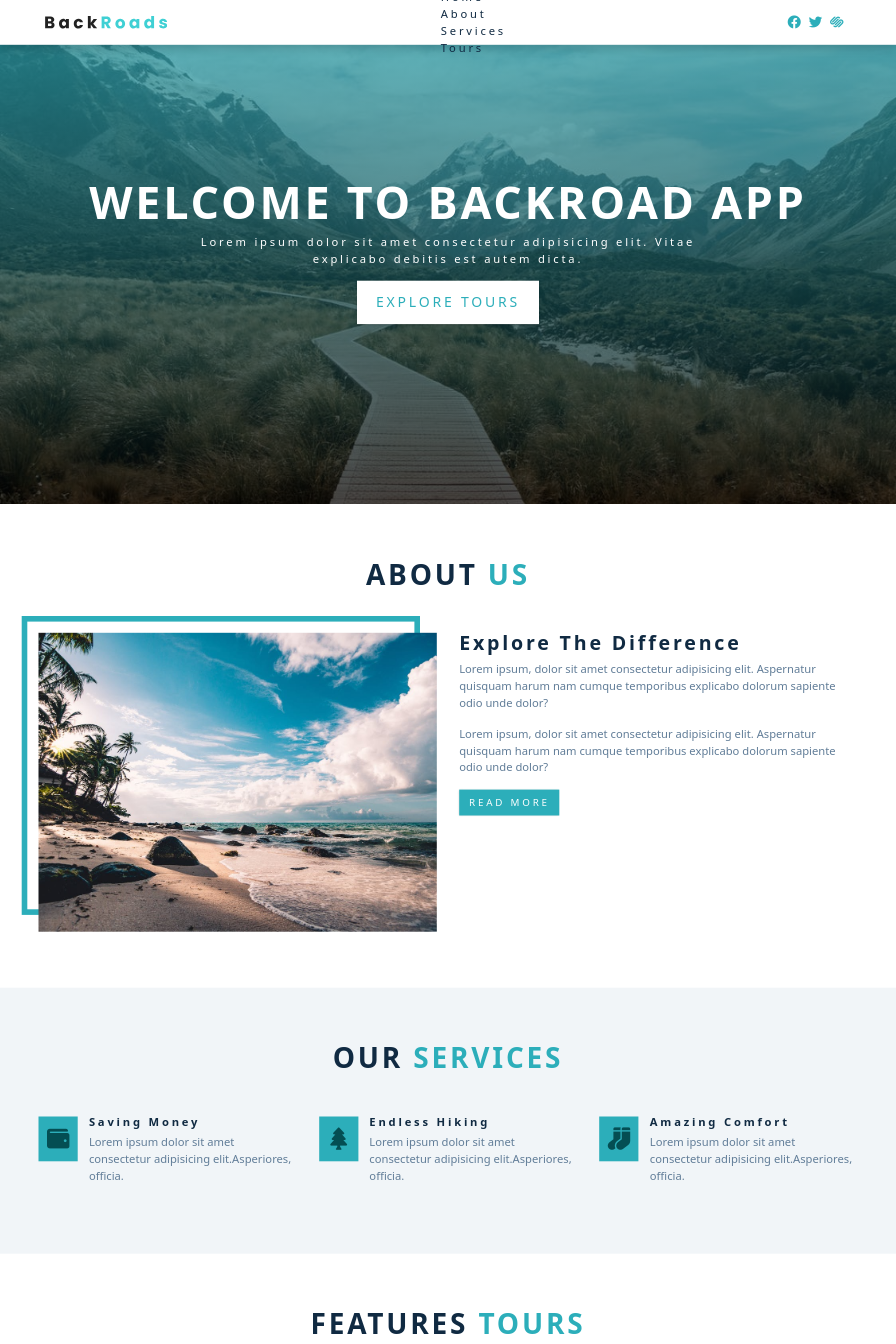
Repository: shivyank121/backRoad-app
Page: /
These files come from the project's save history. The page is drawn as it stood at one moment and after the next save; the edit follows.
The browser window is 1280 px wide. The pictures show the part of the page from y = 0 to 1920 px (the page is 3411 px tall), at 70% of full size.
Some web libraries are served in a nearby version. The project was rebuilt for these pictures with package versions that can differ from the ones it lists, and the page was loaded fresh each time.

Above is the page before, as saved 2023-08-21 18:55:01.

### public/index.html
<!DOCTYPE html>
<html lang="en">
  <head>
    <meta charset="utf-8" />
    <link rel="icon" href="%PUBLIC_URL%/favicon.ico" />
    <meta name="viewport" content="width=device-width, initial-scale=1" />
    <meta name="theme-color" content="#000000" />
    <meta
      name="description"
      content="Web site created using create-react-app"
    />
    <link rel="apple-touch-icon" href="%PUBLIC_URL%/logo192.png" />
    <!--
      manifest.json provides metadata used when your web app is installed on a
      user's mobile device or desktop. See https://developers.google.com/web/fundamentals/web-app-manifest/
    -->
    <link rel="manifest" href="%PUBLIC_URL%/manifest.json" />
    <!--
      Notice the use of %PUBLIC_URL% in the tags above.
      It will be replaced with the URL of the `public` folder during the build.
      Only files inside the `public` folder can be referenced from the HTML.

      Unlike "/favicon.ico" or "favicon.ico", "%PUBLIC_URL%/favicon.ico" will
      work correctly both with client-side routing and a non-root public URL.
      Learn how to configure a non-root public URL by running `npm run build`.
    -->

    <link
    rel="stylesheet"
    href="https://cdnjs.cloudflare.com/ajax/libs/font-awesome/5.12.0/css/all.min.css"
    integrity="sha512-c93ifPoTvMdEJH/rKIcBx//AL1znq9+4/RmMGafI/vnTFe/dKwnn1uoeszE2zJBQTS1Ck5CqSBE+34ng2PthJg=="
    crossorigin="anonymous"
    referrerpolicy="no-referrer"
  />

    <title>Backroad </title>
  </head>
  <body>
    <noscript>You need to enable JavaScript to run this app.</noscript>
    <div id="root"></div>
    <!--
      This HTML file is a template.
      If you open it directly in the browser, you will see an empty page.

      You can add webfonts, meta tags, or analytics to this file.
      The build step will place the bundled scripts into the <body> tag.

      To begin the development, run `npm start` or `yarn start`.
      To create a production bundle, use `npm run build` or `yarn build`.
    -->
  </body>
</html>

### src/App.js
import { About } from "./components/About";
import { Footer } from "./components/Footer";
import { Hero } from "./components/Hero";
import { Navbar } from "./components/Navbar";
import { Services } from "./components/Services";
import { Tours } from "./components/Tours";

function App() {
  return (
    <>
      <Navbar />
      <Hero />
      <About />
      <Services />
      <Tours />
      <Footer />
    </>
  );
}

export default App;

### src/components/About.js
import React from 'react'
import aboutImg from "../images/about.jpeg"
import Title from './Title'

export const About = () => {
  return (

    <section className="section" id="about">

        <Title title='about' subtitle='us' />

      <div className="section-center about-center">
        <div className="about-img">
          <img
            src={aboutImg}
            className="about-photo"
            alt="awesome beach"
          />
        </div>
        <article className="about-info">
          <h3>explore the difference</h3>
          <p>
            Lorem ipsum, dolor sit amet consectetur adipisicing elit. Aspernatur
            quisquam harum nam cumque temporibus explicabo dolorum sapiente odio
            unde dolor?
          </p>
          <p>
            Lorem ipsum, dolor sit amet consectetur adipisicing elit. Aspernatur
            quisquam harum nam cumque temporibus explicabo dolorum sapiente odio
            unde dolor?
          </p>
          <a href="#to" className="btn"  >read more</a>
        </article>
      </div>
    </section>
  )
}

### src/components/Footer.js
import React from "react";
import { pageLinks, socialLinks } from "../data";
import Sociallinks from "./Sociallinks";
import Navlinks from "./Navlinks";

export const Footer = () => {
  return (
    <footer className="section footer">

        <Navlinks />

      <ul className="footer-icons">
        {socialLinks.map((link) => {
          return (
            <Sociallinks key={link.id} {...link} itemClass="footer-icon" />
          );
        })}
      </ul>
      <p className="copyright">
        copyright &copy; Backroads App tours company 2023
        <span id="date"></span> all rights reserved
      </p>
    </footer>
  );
};

### src/components/Hero.js
import React from 'react'

export const Hero = () => {
  return (
    <section className="hero" id="home">
      <div className="hero-banner">
        <h1>Welcome to Backroad App</h1>
        <p>
          Lorem ipsum dolor sit amet consectetur adipisicing elit. Vitae
          explicabo debitis est autem dicta.
        </p>
        <a href="#tours" className="btn hero-btn">explore tours</a>
      </div>
    </section>

  )
}

### src/components/Navbar.js
import React from "react";
import logo from "../images/logo.svg";
import {  socialLinks } from "../data";
import Sociallinks from "./Sociallinks";
import Navlinks from "./Navlinks";

export const Navbar = () => {
  return (
    <nav className="navbar">
      <div className="nav-center">
        <div className="nav-header">
          <img src={logo} className="nav-logo" alt="backroads" />
          <button type="button" className="nav-toggle" id="nav-toggle">
            <i className="fas fa-bars"></i>
          </button>
        </div>
        {/* <!-- left this comment on purpose --> */}
          <Navlinks />

        <ul className="nav-icons">
          {socialLinks.map((link) => {
            return <Sociallinks key={link.id} {...link} itemClass="nav-icon" />;
          })}
        </ul>
      </div>
    </nav>
  );
};

### src/components/Services.js
import React from "react";
import Title from "./Title";
import { services } from "../data.js";
import Service from "./Service";

export const Services = () => {
  return (
    <section className="section services" id="services">
      <div className="section-title">
        <Title title="Our" subtitle="services" />
      </div>
      <div className="section-center services-center">
        {services.map((service) => {
          return <Service key={service.id} {...service} />;
        })}
      </div>
    </section>
  );
};

### src/components/Tours.js
import React from 'react'
import Title from './Title'
import { tours } from '../data'
import Tour from './Tour'

export const Tours = () => {
  return (
    <section className="section" id="tours">
    <div className="section-title">
    <Title title='Features' subtitle='tours' />
    </div>

    <div className="section-center featured-center">

      {tours.map((tour)=>{

      return(
       <Tour key={tour.id} {...tour} />
      )
      })}


    </div>
  </section>
  )
}

### src/components/Title.js
import React from 'react'

const Title = ({title, subtitle}) => {
  return (
    <div className="section-title">
        <h2>{title} <span>{subtitle}</span></h2>
      </div>
  )
}

export default Title

### src/data.js
import tour1 from './images/tour-1.jpeg'
import tour2 from './images/tour-2.jpeg'
import tour3 from './images/tour-3.jpeg'
import tour4 from './images/tour-4.jpeg'
import tour5 from './images/tour-5.jpeg'
import tour6 from './images/tour-6.jpeg'




export const pageLinks = [
  { id: 1, href: "#home", text: "home" },
  { id: 2, href: "#about", text: "about" },
  { id: 3, href: "#services", text: "services" },
  { id: 4, href: "#tours", text: "tours" },
];

export const socialLinks = [
  { id: 1, href: "https://www.twitter.com", icon: "fab fa-facebook" },
  { id: 2, href: "https://www.twitter.com", icon: "fab fa-twitter" },
  { id: 3, href: "https://www.twitter.com", icon: "fab fa-squarespace" },
];

export const services = [
  {
    id: 1,
    icon: "fas fa-wallet fa-fw",
    title: "saving money",
    text: "  Lorem ipsum dolor sit amet consectetur adipisicing elit.Asperiores, officia.",
  },
  {
    id: 2,
    icon: "fas fa-tree fa-fw",
    title: "endless hiking",
    text: "  Lorem ipsum dolor sit amet consectetur adipisicing elit.Asperiores, officia.",
  },
  {
    id: 3,
    icon: "fas fa-socks fa-fw",
    title: "amazing comfort",
    text: "  Lorem ipsum dolor sit amet consectetur adipisicing elit.Asperiores, officia.",
  },

];

export const tours = [
{
    id:1,
    img:tour1,
    date:'august 26th, 2020',
    title:'Tibet Adventure',
    info:'  Lorem ipsum dolor sit amet, consectetur adipisicing elit. Cumquevitae tempore voluptatum maxime reprehenderit eum quodexercitationem fugit, qui corporis.',
    location:'china',
    duration:'6 days',
    price:'from $2100',

},
{
    id:2,
    img:tour2,
    date:'october 1th, 2020',
    title:'best of java',
    info:'  Lorem ipsum dolor sit amet, consectetur adipisicing elit. Cumquevitae tempore voluptatum maxime reprehenderit eum quodexercitationem fugit, qui corporis.',
    location:'indonesia',
    duration:'11 days',
    price:'from $1400',

},
{
    id:3,
    img:tour3,
    date:'september 15th, 2020',
    title:' explore hong kong',
    info:'  Lorem ipsum dolor sit amet, consectetur adipisicing elit. Cumquevitae tempore voluptatum maxime reprehenderit eum quodexercitationem fugit, qui corporis.',
    location:' hong kong',
    duration:'8 days',
    price:'from $5100',

},
{
    id:4,
    img:tour4,
    date:'december 5th, 2019',
    title:'kenya highlights',
    info:'  Lorem ipsum dolor sit amet, consectetur adipisicing elit. Cumquevitae tempore voluptatum maxime reprehenderit eum quodexercitationem fugit, qui corporis.',
    location:'kenya',
    duration:'20 days',
    price:'from $3100',

},
{
    id:5,
    img:tour5,
    date:'May 26th, 2021',
    title:'Africa Wild life',
    info:'  Lorem ipsum dolor sit amet, consectetur adipisicing elit. Cumquevitae tempore voluptatum maxime reprehenderit eum quodexercitationem fugit, qui corporis.',
    location:'Africa',
    duration:'4 days',
    price:'from $1200',

},
{
    id:6,
    img:tour6,
    date:'july 26th, 2021',
    title:'Indian Heritage',
    info:'  Lorem ipsum dolor sit amet, consectetur adipisicing elit. Cumquevitae tempore voluptatum maxime reprehenderit eum quodexercitationem fugit, qui corporis.',
    location:'India',
    duration:'8 days',
    price:'from $1500',

}

]

### src/components/Sociallinks.js
import React from 'react'

const Sociallinks = ({href, icon, itemClass}) => {
  return (
    <li>
    <a
      href={href}
      target="_blank"
      rel="noreferrer"
      className={itemClass}
    >
      <i className={icon}></i>
    </a>
  </li>
  )
}

export default Sociallinks

### src/components/Navlinks.js
import React from "react";
import { pageLinks } from "../data";


const Navlinks = ({parentClass, itemClass}) => {
  return (
    <ul className={parentClass} id="nav-links">
    {pageLinks.map((link) => {
      return (
        <li key={link.id}>
          <a href={link.href} className="nav-link">
            {link.text}
          </a>
        </li>
      );
    })}
  </ul>
  );
};

export default Navlinks;

### src/components/Service.js
import React from 'react'

const Service = ({ icon, title, text}) => {
  return (
    <article className="service" >
    <span className="service-icon"><i className={icon}></i></span>
    <div className="service-info">
      <h4 className="service-title">{title}</h4>
      <p className="service-text">
        {text}
      </p>
    </div>
  </article>
  )
}

export default Service

### src/components/Tour.js
import React from 'react'

const Tour = ({id, img, date,title,info, location,duration,price}) => {
  return (
    <article className="tour-card" key={id}>
    <div className="tour-img-container">
      <img src={img} className="tour-img" alt="" />
      <p className="tour-date">{date}</p>
    </div>
    <div className="tour-info">
      <div className="tour-title">
        <h4>{title}</h4>
      </div>
      <p>
        {info}
      </p>
      <div className="tour-footer">
        <p>
          <span><i className="fas fa-map"></i></span> {location}
        </p>
        <p>{duration}</p>
        <p>{price}</p>
      </div>
    </div>
  </article>
  )
}

export default Tour

Loaded but not shown: src/index.js (common file); src/index.css (common file)

After the next save:
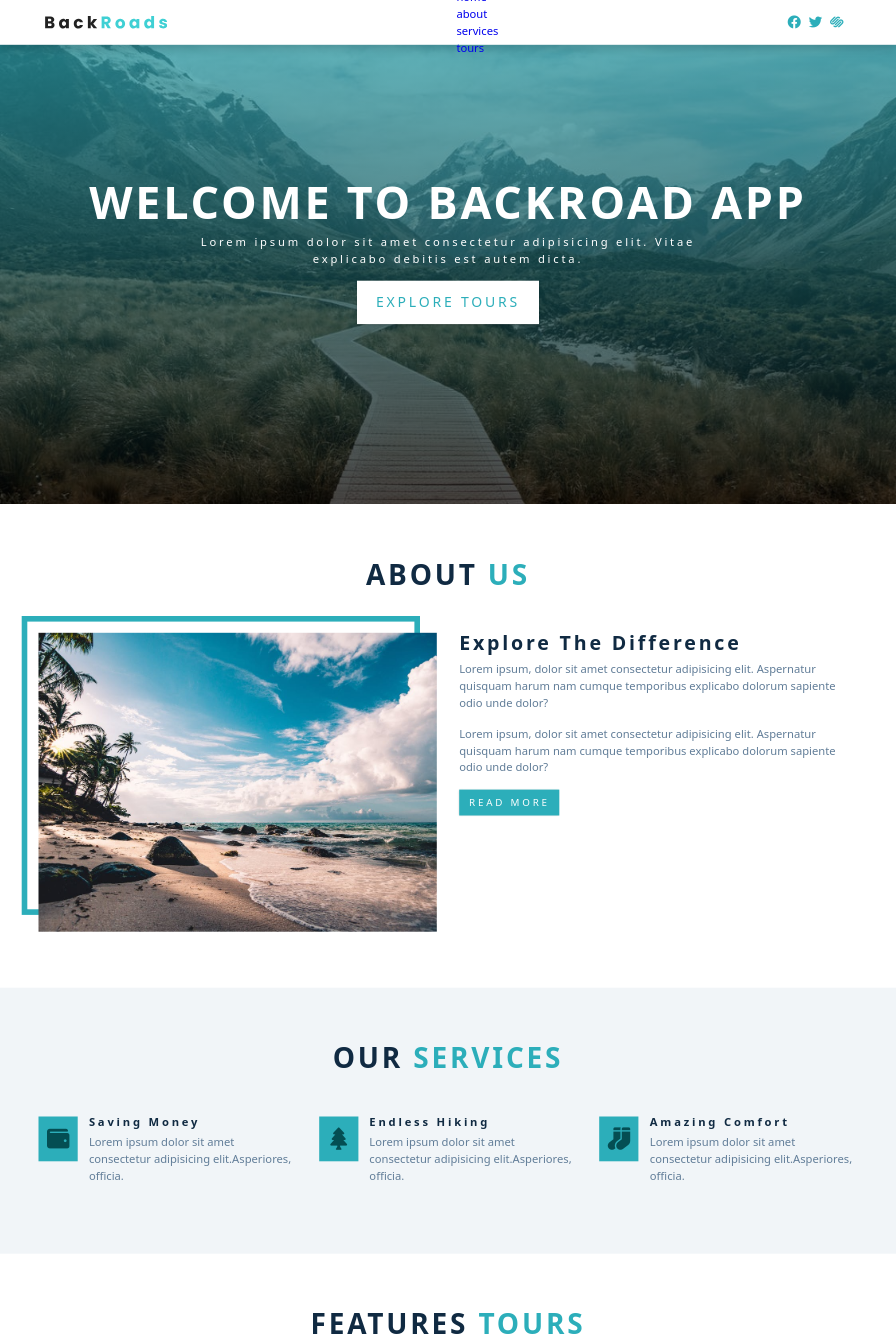
Saved 8 s later.
--- a/src/components/Navlinks.js
+++ b/src/components/Navlinks.js
@@ -8,7 +8,7 @@
     {pageLinks.map((link) => {
       return (
         <li key={link.id}>
-          <a href={link.href} className="nav-link">
+          <a href={link.href} className={itemClass}>
             {link.text}
           </a>
         </li>
